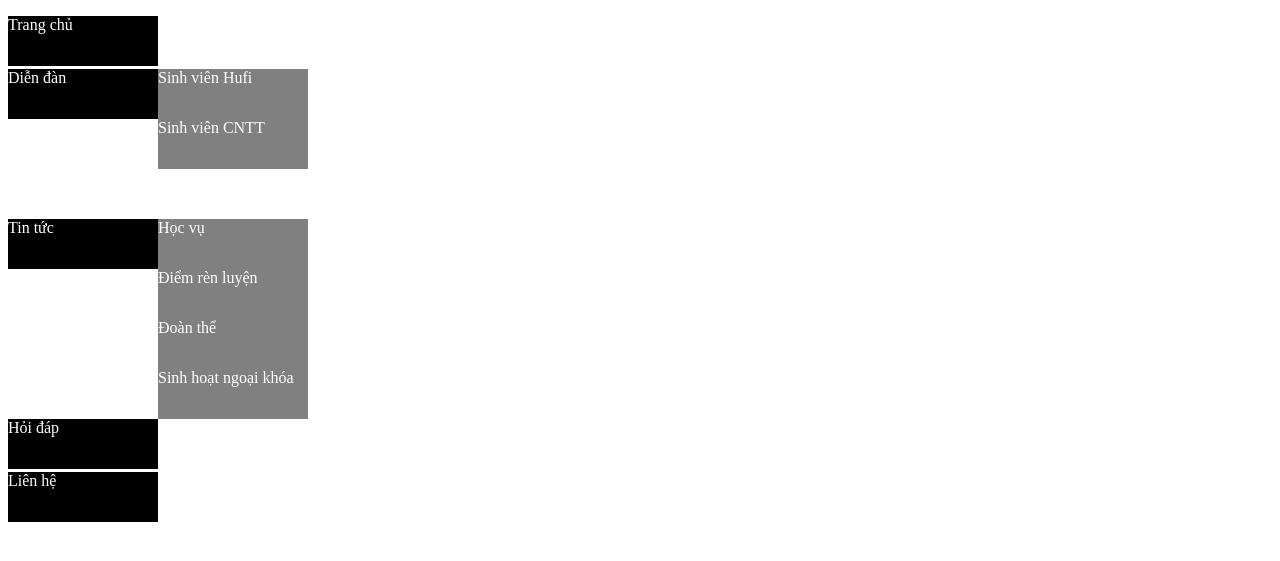
Repository: Tan-Khang21/TH_TKW--Buoi_08
Page: Bai_Tap_Tren_Lop/Bai_02/Bai_02.html
The author's editor kept a copy of each file at every save. The page is drawn from the files as they stood at one save, then again after the next save.
The browser window is 1280 px wide. The pictures show the whole page.

Above is the page before, as saved 2024-03-12 20:43:12.

After the next save:
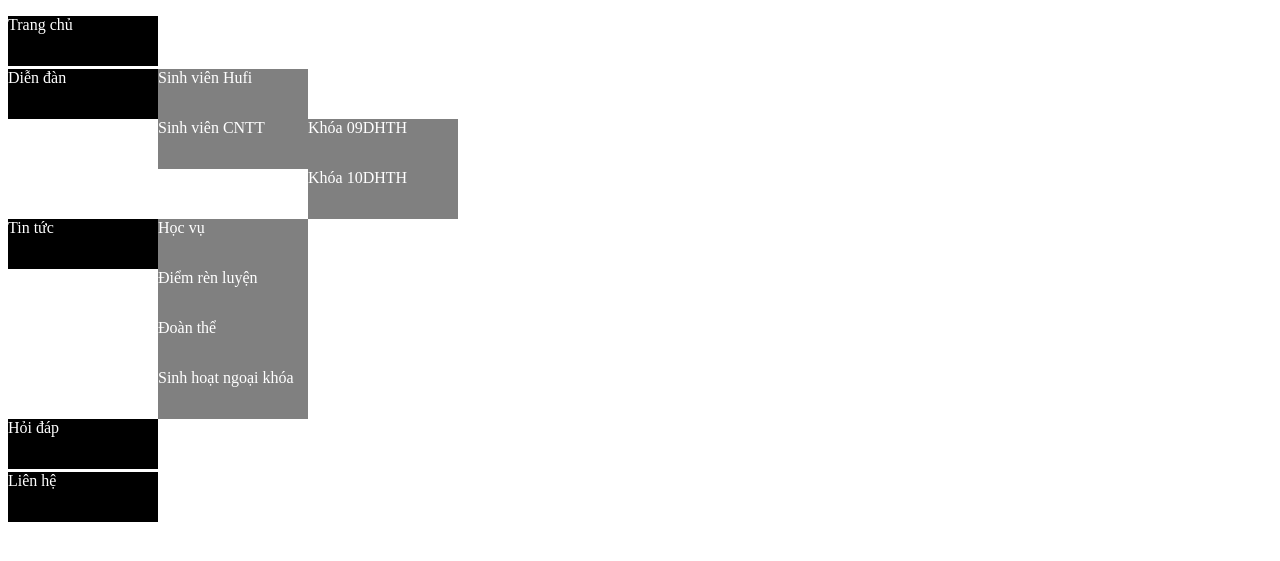
Saved 7 s later.
--- a/Bai_Tap_Tren_Lop/Bai_02/style.css
+++ b/Bai_Tap_Tren_Lop/Bai_02/style.css
@@ -22,7 +22,6 @@ ul {
   visibility: visible;
 }
 
-.list1_item:hover + .list2_item,
-.list3_item {
+.list1_item:hover + .list2_item {
   visibility: hidden;
 }
